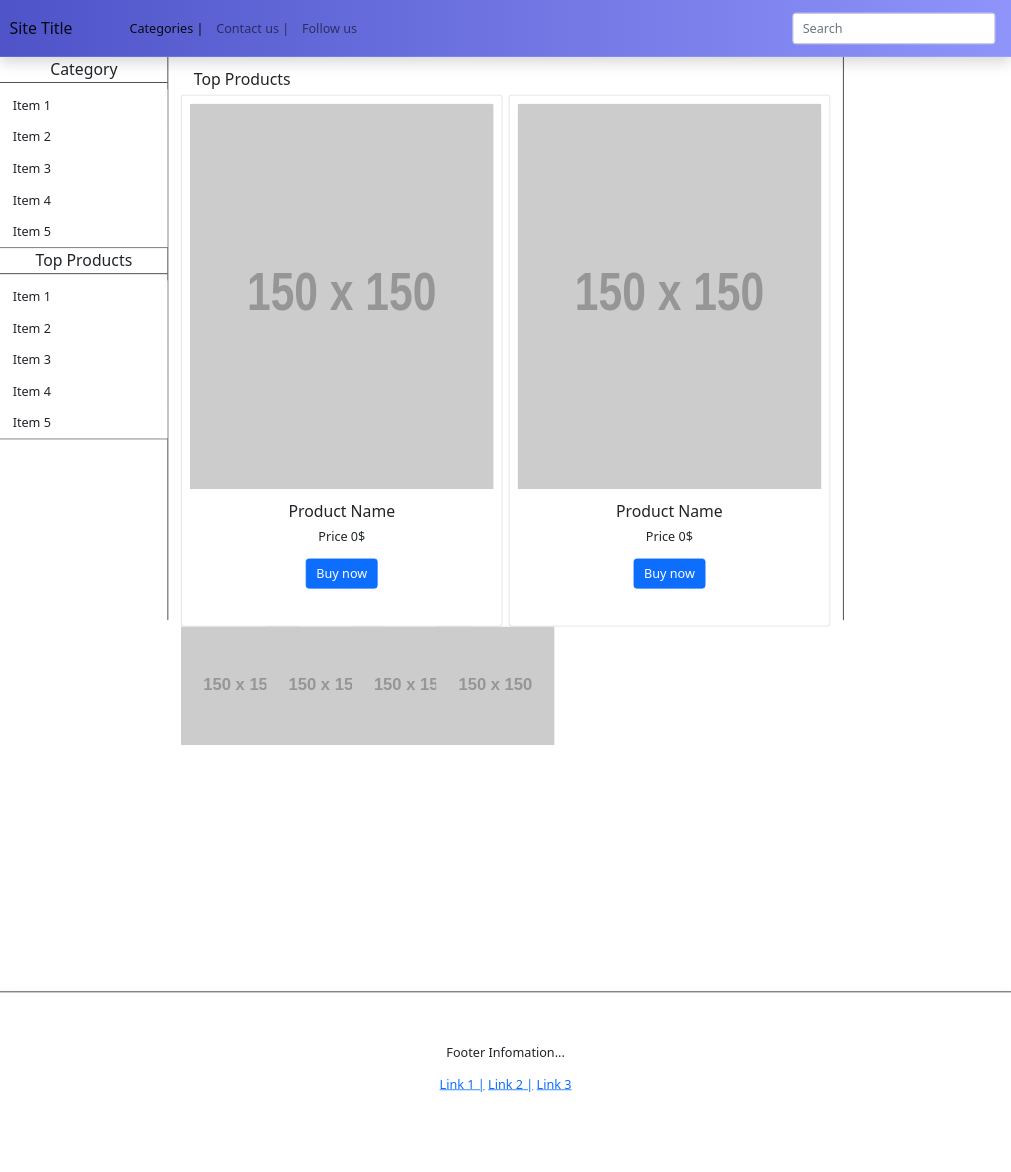
Repository: ttranhhoang/layoutBS
Page: layoutBS2/index.html
An editor plug-in stored every save of this project. The page is shown before and after a run of saves, followed by the edit.
The browser window is 1280 px wide. The pictures show the whole page, at 79% of full size.

Above is the page before, as saved 2022-04-24 23:25:16.

### layoutBS2/index.html
<!DOCTYPE html>
<html lang="en">
  <head>
    <meta charset="UTF-8" />
    <meta http-equiv="X-UA-Compatible" content="IE=edge" />
    <meta name="viewport" content="width=device-width, initial-scale=1.0" />
    <title>Layout BS</title>
    <link
      href="https://cdn.jsdelivr.net/npm/bootstrap@5.1.3/dist/css/bootstrap.min.css"
      rel="stylesheet"
      integrity="sha384-1BmE4kWBq78iYhFldvKuhfTAU6auU8tT94WrHftjDbrCEXSU1oBoqyl2QvZ6jIW3"
      crossorigin="anonymous"
    />
    <link rel="stylesheet" href="index.css" />
  </head>
  <body>
    <header class="header">
      <nav class="navbar navbar-expand-lg fixed-top shadow navbar-light">
        <div class="container-fluid">
          <a class="navbar-brand" href="#">Site Title</a>
          <button
            class="navbar-toggler"
            type="button"
            data-bs-toggle="offcanvas"
            data-bs-target="#navbarOffcanvasLg"
            aria-controls="navbarOffcanvasLg"
            aria-expanded="false"
            aria-label="Toggle navigation"
          >
            <span class="navbar-toggler-icon"></span>
          </button>

          <div
            class="offcanvas offcanvas-end"
            tabindex="-1"
            id="navbarOffcanvasLg"
            aria-labelledby="navbarOffcanvasLgLabel"
          >
            <div class="offcanvas-header">
              <h5 class="offcanvas-title" id="offcanvasNavbarLabel">
                Responsive
              </h5>
              <button
                type="button"
                class="btn-close text-reset"
                data-bs-dismiss="offcanvas"
                aria-label="Close"
              ></button>
            </div>
            <div class="offcanvas-body">
              <ul
                class="navbar-nav justify-content-start flex-grow-1 pe-3 ms-5"
              >
                <li class="nav-item">
                  <a class="nav-link active" aria-current="page" href="#"
                    >Categories |</a
                  >
                </li>
                <li class="nav-item">
                  <a class="nav-link" href="#">Contact us |</a>
                </li>
                <li class="nav-item">
                  <a class="nav-link" href="#">Follow us</a>
                </li>
              </ul>
              <form class="d-flex">
                <input
                  class="form-control me-2"
                  type="search"
                  placeholder="Search"
                  aria-label="Search"
                />
              </form>
            </div>
          </div>
        </div>
      </nav>
    </header>

    <div class="main">
      <div class="row g-0">
        <div class="col-md-2 col-3 text-center border-1 border-end border-dark">
          <h5 class="text-center text p-1 border-bottom border-1 border-dark">
            Category
          </h5>
          <ul
            class="list-group list-group-flush text-start border-bottom border-dark"
          >
            <li class="list-group-item border-0">Item 1</li>
            <li class="list-group-item border-0">Item 2</li>
            <li class="list-group-item border-0">Item 3</li>
            <li class="list-group-item border-0">Item 4</li>
            <li class="list-group-item border-0">Item 5</li>
          </ul>

          <h5 class="text-center text p-1 border-bottom border-1 border-dark">
            Top Products
          </h5>
          <ul
            class="list-group list-group-flush text-start border-bottom border-dark"
          >
            <li class="list-group-item border-0">Item 1</li>
            <li class="list-group-item border-0">Item 2</li>
            <li class="list-group-item border-0">Item 3</li>
            <li class="list-group-item border-0">Item 4</li>
            <li class="list-group-item border-0">Item 5</li>
          </ul>
        </div>
        <div class="col-md-8 col-9 p-3 text-center position-relative">
          <h5 class="text-start text-dark ps-3">Top Products</h5>
          <div class="row row-cols-1 row-cols-md-2 g-2 h-100">
            <div class="col">
              <div class="card h-100">
                <img
                  src="https://via.placeholder.com/150"
                  class="card-img-top h-75"
                  alt="..."
                />
                <div class="card-body">
                  <h5 class="card-title">Product Name</h5>
                  <p class="card-text">Price 0$</p>
                  <a href="#" class="btn btn-primary">Buy now</a>
                </div>
              </div>
              <div class="row">
                <div class="col-md-3">
                  <img class src="https://via.placeholder.com/150" alt="" />
                </div>
                <div class="col-md-3">
                  <img src="https://via.placeholder.com/150" alt="" />
                </div>
                <div class="col-md-3">
                  <img src="https://via.placeholder.com/150" alt="" />
                </div>
                <div class="col-md-3">
                  <img src="https://via.placeholder.com/150" alt="" />
                </div>
              </div>
            </div>

            <div class="col">
              <div class="card h-100">
                <img
                  src="https://via.placeholder.com/150"
                  class="card-img-top h-75"
                  alt="..."
                />
                <div class="card-body">
                  <h5 class="card-title">Product Name</h5>
                  <p class="card-text">Price 0$</p>
                  <a href="#" class="btn btn-primary">Buy now</a>
                </div>
              </div>
            </div>
          </div>
        </div>

        <div
          class="col-md-2 text-center border-1 border-start border-dark"
        ></div>
      </div>
    </div>

    <footer
      class="footer bg-white shadow align-self-end py-3 px-xl-5 w-100 border-1 border-top border-dark"
    >
      <div class="container-fluid py-5">
        <div class="row h-0 d-flex flex-column">
          <p class="text-center text-capitalize">footer infomation...</p>
          <div class="text-mutted text-center">
            <a class="text-capitalize">Link 1 |</a>
            <a class="text-capitalize">Link 2 |</a>
            <a class="text-capitalize">Link 3</a>
          </div>
        </div>
      </div>
    </footer>

    <script
      src="https://cdn.jsdelivr.net/npm/bootstrap@5.1.3/dist/js/bootstrap.bundle.min.js"
      integrity="sha384-ka7Sk0Gln4gmtz2MlQnikT1wXgYsOg+OMhuP+IlRH9sENBO0LRn5q+8nbTov4+1p"
      crossorigin="anonymous"
    ></script>
  </body>
</html>

### layoutBS2/index.css
*,
*::after,
*::before {
  box-sizing: border-box;
}
/* custom */
button.navbar-toggler:focus {
  box-shadow: none;
}
button[type="button"],
button[type="submit"],
button[class^="btn"]:focus {
  box-shadow: none;
}
button[class*="btn-outline"]:active:focus {
  box-shadow: none;
}

/* styles ui */
body {
  padding-top: 72px;
}
.main {
  height: 100vh;
}
nav.navbar {
  background: #4e54c8; /* fallback for old browsers */
  background: -webkit-linear-gradient(
    to left,
    #8f94fb,
    #4e54c8
  ); /* Chrome 10-25, Safari 5.1-6 */
  background: linear-gradient(
    to left,
    #8f94fb,
    #4e54c8
  ); /* W3C, IE 10+/ Edge, Firefox 16+, Chrome 26+, Opera 12+, Safari 7+ */
}
.navbar {
  padding-top: 1rem;
  padding-bottom: 1rem;
}
.navbar-light .navbar-toggler {
  border: none;
}
div.row {
  height: 100px;
}
.row .col div.card {
  padding: 10px;
}
.bottom {
  bottom: -5em;
}
.right {
  right: 1em;
}
.main {
  height: 1183px;
}

After the next 4 saves:
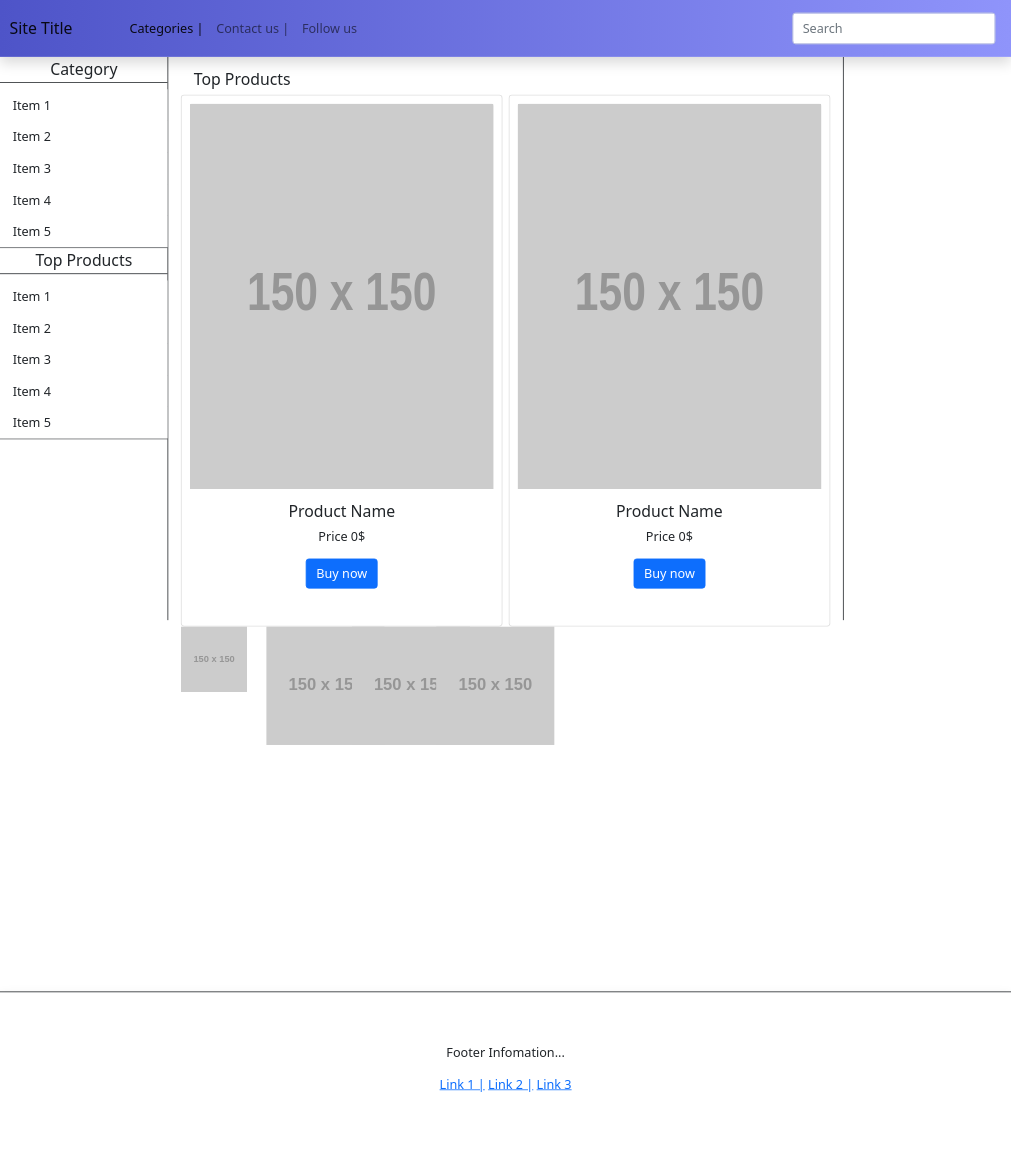
The 4 saves are shown as one change because they came seconds apart.
The last was saved 10 s later.
--- a/layoutBS2/index.html
+++ b/layoutBS2/index.html
@@ -124,7 +124,7 @@
               </div>
               <div class="row">
                 <div class="col-md-3">
-                  <img class src="https://via.placeholder.com/150" alt="" />
+                  <img class="w-100" src="https://via.placeholder.com/150" alt="" />
                 </div>
                 <div class="col-md-3">
                   <img src="https://via.placeholder.com/150" alt="" />
